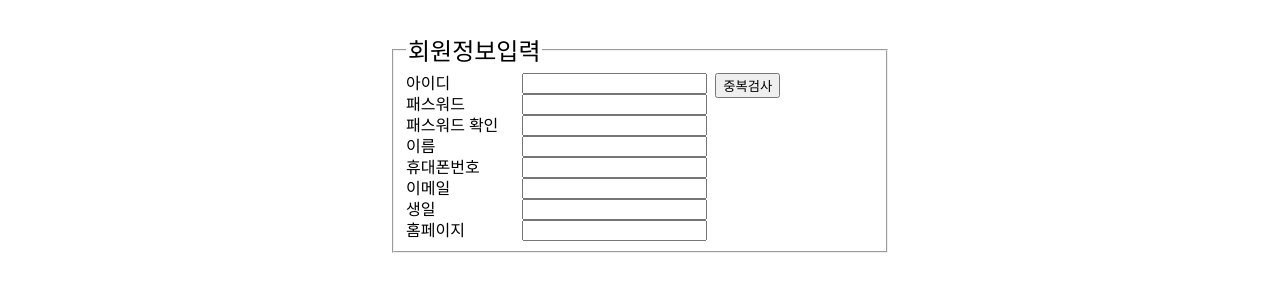
Repository: saysang22/servlet
Page: http://localhost/BookMarket/validationExample.jsp
The author's editor kept a copy of each file at every save. The page is drawn from the files as they stood at one save, then again after the next save.
The browser window is 1280 px wide. The pictures show the whole page.
The page is served by Tomcat 10. Other server files are loaded and not shown.

Above is the page before, as saved 2024-05-31 07:57:55.

### BookMarket/src/main/webapp/validationExample.jsp
<%@ page language="java" contentType="text/html; charset=UTF-8"
    pageEncoding="UTF-8"%>
<!DOCTYPE html>
<html>
<head>
<meta charset="UTF-8">
<title>유효성 검사</title>
<link rel="stylesheet" href="./resources/css/validationExample.css"></link>
</head>
<body>
	<form method="post" action="#" name="signUp">
		<fieldset>
			<legend>회원정보입력</legend>
			<div class="wrap">
				<ul class="firstUl">
					<li><label>아이디</label></li>
					<li><label>패스워드</label></li>
					<li><label>패스워드 확인</label></li>
					<li><label>이름</label></li>
					<li><label>휴대폰번호</label></li>
					<li><label>이메일</label></li>
					<li><label>생일</label></li>
					<li><label>홈페이지</label></li>
				</ul>
				<ul class="lastUl">
					<li><input type="text" name="id"></li>
					<li><input type="text" name="passwd"></li>
					<li><input type="text" name ="passwdCk"></li>
					<li><input type="text" name="name"></li>
					<li><input type="text" name="tel"></li>
					<li><input type="text" name="email"></li>
					<li><input type="text" name="birth"></li>
					<li><input type="text" name="home"></li>
				</ul>
				<div class="idCkWrap">
					<input type="button" value="중복검사">
				</div>
			</div>
		</fieldset>
	</form>
</body>
</html>

### BookMarket/src/main/webapp/resources/css/validationExample.css
@charset "UTF-8";

form {
	width: 500px;
	margin: 2rem auto 0;
}

legend {
	font-size: 1.5rem;
}

ul {
	list-style: none;
	padding: 0;
	margin: 0;

}

.wrap {
	display: flex;

}

.firstUl li{
	height: 21px;
	line-height: 21px;
}

.lastUl {
	margin: 0 0 0 1.5rem;
}

.idCkWrap {
	margin: 0 0 0 .5rem;

}

After the next save:
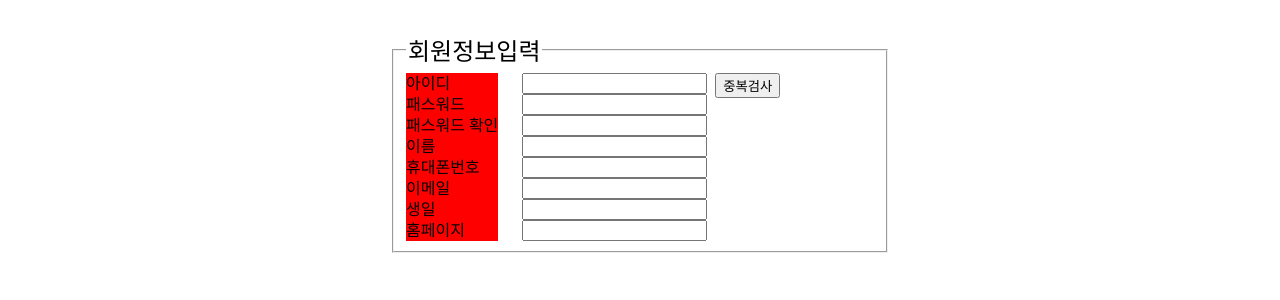
Saved 13 s later.
--- a/BookMarket/src/main/webapp/resources/css/validationExample.css
+++ b/BookMarket/src/main/webapp/resources/css/validationExample.css
@@ -24,6 +24,7 @@ ul {
 .firstUl li{
 	height: 21px;
 	line-height: 21px;
+	background: red;
 }
 
 .lastUl {
